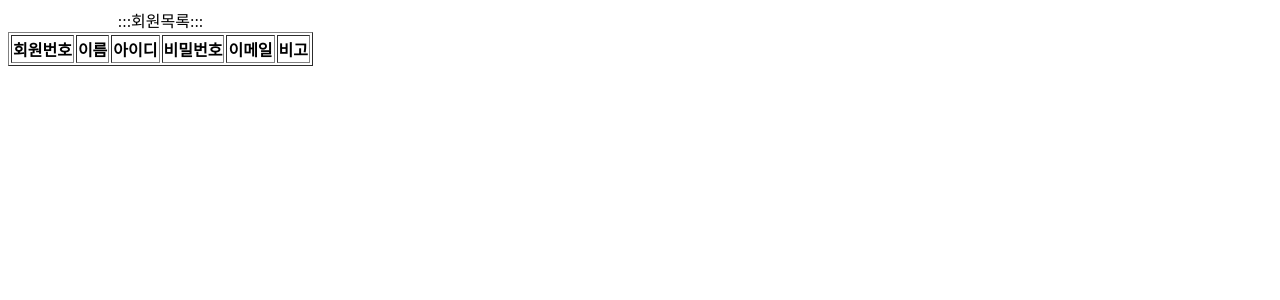
Repository: Yongb15/4.jsp
Page: http://localhost/Ex_0530/member_list.jsp
An editor plug-in stored every save of this project. The page is shown before and after the next save, followed by the edit.
The browser window is 1280 px wide. The pictures show the whole page.
The page is served by Tomcat 9. Other server files are loaded and not shown. Queries for data that is not in the repository find no rows.

Above is the page before, as saved 2024-05-30 12:34:22.

### Ex_0530/src/main/webapp/member_list.jsp
<%@page import="mevo.MeVO"%>
<%@page import="medao.MeDAO"%>
<%@page import="java.lang.reflect.Member"%>
<%@page import="java.util.List"%>
<%@ page language="java" contentType="text/html; charset=UTF-8"
    pageEncoding="UTF-8"%>
    <%
    List<MeVO> member_list = MeDAO.getInstance().selectList();
    %>
<!DOCTYPE html>
<html>
<head>
<meta charset="UTF-8">
<title>Insert title here</title>
</head>
<body>
<table border="1">
	<caption>:::회원목록:::</caption>
	<tr>
	<th>회원번호</th>
	<th>이름</th>
	<th>아이디</th>
	<th>비밀번호</th>
	<th>이메일</th>
	<th>비고</th>
	</tr>
<%for(int i = 0; i<member_list.size(); i++){
		MeVO vo=member_list.get(i);
	%>
	<tr>
	 <td><%=vo.getIdx() %></td>
	 <td><%=vo.getName() %></td>
	 <td><%=vo.getId() %></td>
	 <td><%=vo.getPwd() %></td>
	 <td><%=vo.getEmail() %></td>
	 </tr>
	 <%}%>
</table>
</body>
</html>

### Ex_0530/src/main/java/medao/MeDAO.java
package medao;

import java.sql.Connection;
import java.sql.PreparedStatement;
import java.sql.ResultSet;
import java.sql.SQLException;
import java.util.ArrayList;
import java.util.List;

import mevo.MeVO;
import service.DBService;

public class MeDAO {
	// single-ton pattern:
	// 객체1개만생성해서 지속적으로 서비스하자
	static MeDAO single = null;

	public static MeDAO getInstance() {
		//생성되지 않았으면 생성
		if (single == null)
			single = new MeDAO();
		//생성된 객체정보를 반환
		return single;
	}
	public List<MeVO> selectList() {

		List<MeVO> list = new ArrayList<MeVO>();
		Connection conn = null;
		PreparedStatement pstmt = null;
		ResultSet rs = null;
		String sql = "select * from member";

		try {
			//1.Connection얻어온다
			conn = DBService.getInstance().getConnection();
			//2.명령처리객체정보를 얻어오기
			pstmt = conn.prepareStatement(sql);

			//3.결과행 처리객체 얻어오기
			rs = pstmt.executeQuery();

			while (rs.next()) {
				MeVO vo = new MeVO();
				//현재레코드값=>Vo저장

				vo.setIdx(rs.getInt("idx"));
				vo.setName(rs.getString("name"));
				vo.setId(rs.getString("id"));
				vo.setPwd(rs.getString("pwd"));
				vo.setEmail(rs.getString("email"));

				//ArrayList추가
				list.add(vo);
			}

		} catch (Exception e) {
			// TODO: handle exception
			e.printStackTrace();
		} finally {

			try {
				if (rs != null)
					rs.close();
				if (pstmt != null)
					pstmt.close();
				if (conn != null)
					conn.close();
			} catch (SQLException e) {
				// TODO Auto-generated catch block
				e.printStackTrace();
			}
		}

		return list;
	}

	public int delete( ) {
		// TODO Auto-generated method stub
		int res = 0;

		Connection conn = null;
		PreparedStatement pstmt = null;

		String sql = "";

		try {
			//1.Connection획득
			conn = DBService.getInstance().getConnection();
			//2.명령처리객체 획득
			pstmt = conn.prepareStatement(sql);

			//3.pstmt parameter 채우기

			//4.DB로 전송(res:처리된행수)
			res = pstmt.executeUpdate();

		} catch (Exception e) {
			// TODO: handle exception
			e.printStackTrace();
		} finally {

			try {
				if (pstmt != null)
					pstmt.close();
				if (conn != null)
					conn.close();
			} catch (SQLException e) {
				// TODO Auto-generated catch block
				e.printStackTrace();
			}
		}
		return res;
	}
}

### Ex_0530/src/main/java/service/DBService.java
package service;

import java.sql.Connection;

import javax.naming.Context;
import javax.naming.InitialContext;
import javax.sql.DataSource;

public class DBService {
	static DBService single = null;

	public static DBService getInstance() {
		if(single==null) {
			single = new DBService();
		}
		return single;
	}

	DataSource ds;
	public DBService() {
		try {
			InitialContext ic = new InitialContext();
			Context ctx = (Context)ic.lookup("java:comp/env");
			ds=(DataSource)ctx.lookup("jdbc/oracle_test");
		} catch (Exception e) {
			// TODO: handle exception
		}
	}

	public Connection getConnection() {
		Connection conn= null;
		try {
			conn = ds.getConnection();
		} catch (Exception e) {
			// TODO: handle exception
		}
		return conn;
	}
}

After the next save:
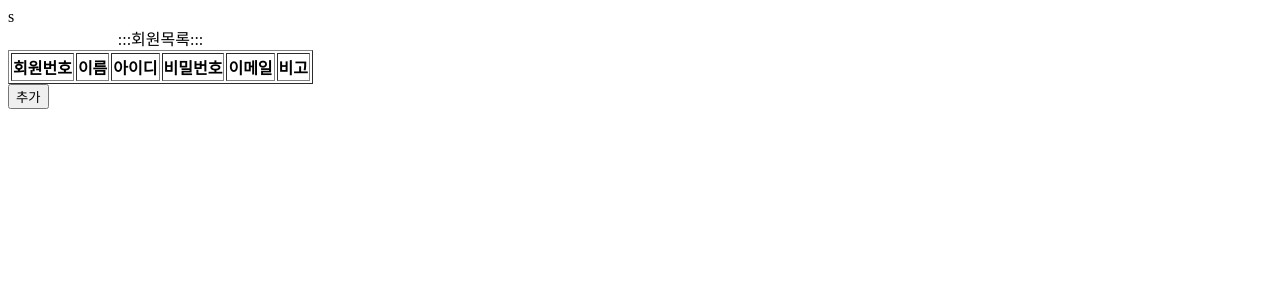
Saved 69 s later.
--- a/Ex_0530/src/main/webapp/member_list.jsp
+++ b/Ex_0530/src/main/webapp/member_list.jsp
@@ -1,4 +1,4 @@
-<%@page import="mevo.MeVO"%>
+<%@page import="mevo.MeVO"%>s
 <%@page import="medao.MeDAO"%>
 <%@page import="java.lang.reflect.Member"%>
 <%@page import="java.util.List"%>
@@ -12,6 +12,14 @@
 <head>
 <meta charset="UTF-8">
 <title>Insert title here</title>
+<script type="text/javascript">
+	function del(idx){
+		if(confirm("삭제하시겠습니까?")==false){
+			return;
+		}
+
+	}
+</script>
 </head>
 <body>
 <table border="1">
@@ -33,8 +41,10 @@
 	 <td><%=vo.getId() %></td>
 	 <td><%=vo.getPwd() %></td>
 	 <td><%=vo.getEmail() %></td>
+	 <td><input type="button" value="삭제" onclick="del('<%=vo.getIdx() %>')"></td>
 	 </tr>
 	 <%}%>
 </table>
+<input type="button" value="추가" onclick="location.href='member_register_form.jsp'">
 </body>
 </html>
